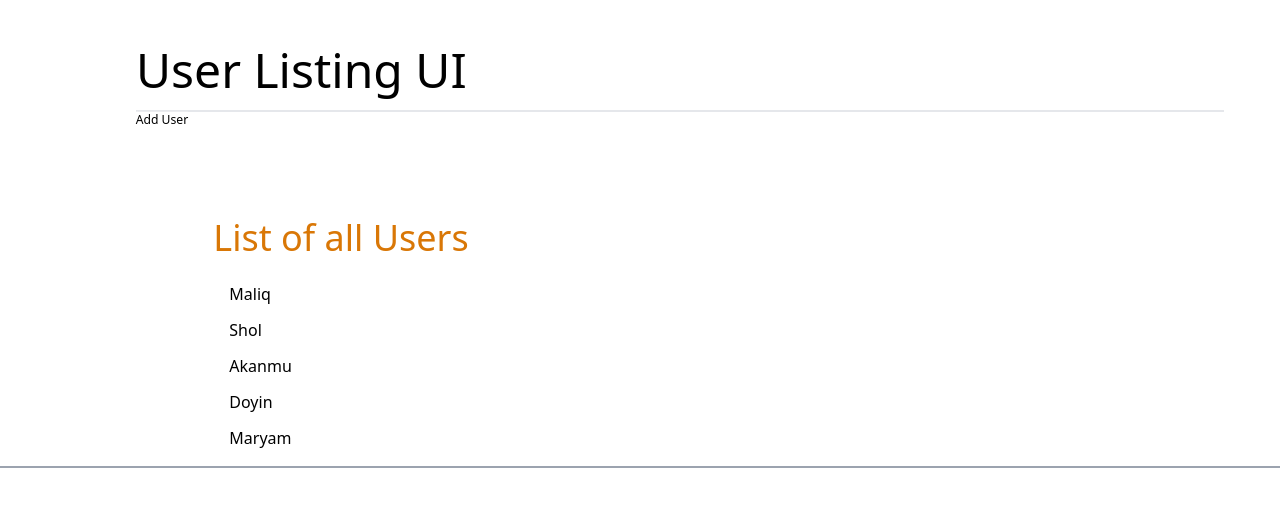
Repository: Marlstergo/listings
Page: /order (app in client/)
An editor plug-in stored every save of this project. The page is shown before and after the next save, followed by the edit.
The browser window is 1280 px wide. The pictures show the whole page.
The project was rebuilt for these pictures with package versions that can differ from the ones it lists, and the page was loaded fresh each time. Also part of the build but not shown: client/craco.config.js, client/src/components/Loader.js, client/src/components/Order.js, client/src/components/Modal.js. Imported but missing from the stored project, and not drawn on this page: client/src/components/Base, client/src/components/Toppings.

Above is the page before, as saved 2021-07-20 23:45:53.

### client/src/index.js
/* eslint-disable no-unused-vars */
import React from "react";
import ReactDOM from "react-dom";
import "./index.css";
import App from "./App";
import reportWebVitals from "./reportWebVitals";
import { BrowserRouter } from "react-router-dom";
import { Provider } from "react-redux";
import { store } from "./redux/store";
import { PersistGate } from "redux-persist/integration/react";
import { persistor } from "./redux/store";

ReactDOM.render(
  <React.StrictMode>
    <Provider store={store}>
      <BrowserRouter>
        <PersistGate persistor={persistor}>
          <App />
        </PersistGate>
      </BrowserRouter>
    </Provider>
  </React.StrictMode>,
  document.getElementById("root")
);

// If you want to start measuring performance in your app, pass a function
// to log results (for example: reportWebVitals(console.log))
// or send to an analytics endpoint. Learn more: https://bit.ly/CRA-vitals
reportWebVitals();

### client/src/App.js
import React, { useState } from 'react';
import { Route, Switch, useLocation } from "react-router-dom";
import Header from './components/Header';
import Home from './components/Home';
import Base from './components/Base';
import Toppings from './components/Toppings';
import Order from './components/Order';
import Modal from './components/Modal';
import { AnimatePresence } from 'framer-motion';

function App() {
  const location = useLocation();
  const showModal = true;

  return (
    <>
      <Header />
      {/* <Modal showModal={showModal} /> */}
      <AnimatePresence exitBeforeEnter>
        <Switch location={location} key={location.key}>
          <Route path="/">
            <Home />
          </Route>
          <Route path="/createUpdateUser">
            <Toppings />
          </Route>
          <Route path="/order">
            <Order />
          </Route>
          <Route path="/">
            <Home />
          </Route>
        </Switch>
      </AnimatePresence>

    </>
  );
}

export default App;

### client/src/redux/store.js
import { createStore, applyMiddleware } from "redux";
import { logger } from 'redux-logger';
import {persistStore} from 'redux-persist';
// import thunk from 'redux-thunk'
import createSagaMiddleware from 'redux-saga'

import rootSaga from './root-sagas'

import rootReducer from './root-reducer';

const sagaMiddleware = createSagaMiddleware()

const middleware = [sagaMiddleware];

if( process.env.NODE_ENV === 'development'){
    middleware.push(logger)
}

export const store = createStore(rootReducer, applyMiddleware(...middleware))

sagaMiddleware.run(rootSaga)

export const persistor = persistStore(store)

export default (store, persistor);

### client/src/components/Header.js
import React from "react";
import { motion } from "framer-motion";

const svgVariants = {
  hidden: { rotate: -180 },
  visible: {
    rotate: 0,
    transition: { duration: 1 },
  },
};

const pathVariants = {
  hidden: {
    opacity: 0,
    pathLength: 0,
  },
  visible: {
    opacity: 1,
    pathLength: 1,
    transition: {
      duration: 2,
      ease: "easeInOut",
    },
  },
};

const buttonVariants = {
  show: {
    scale: 1.1,
    textShadow: "0px 0px 8px rgb(255,255,255)",
    boxShadow: "0px 0px 8px rgb(255,255,255)",
    transition: {
      duration: 0.3,
      yoyo: Infinity,
    },
  },
};

const Header = () => {
  return (
    <header className="flex p-14  items-center">
      <motion.div
        className="logo"
        drag
        dragConstraints={{ left: 0, top: 0, right: 0, bottom: 0 }}
        dragElastic={0.7}
      >
        <motion.svg
          className="w-14 overflow-visible"
          xmlns="http://www.w3.org/2000/svg"
          viewBox="0 0 100 100"
          variants={svgVariants}
          initial="hidden"
          animate="visible"
        >
          <motion.path
            fill="none"
            d="M40 40 L80 40 C80 40 80 80 40 80 C40 80 0 80 0 40 C0 40 0 0 40 0Z"
            variants={pathVariants}
          />
          <motion.path
            fill="none"
            d="M50 30 L50 -10 C50 -10 90 -10 90 30 Z"
            variants={pathVariants}
          />
        </motion.svg>
      </motion.div>
      <motion.div
        className=" flex-grow ml-6 text-xs"
        initial={{ y: -250 }}
        animate={{ y: -10 }}
        transition={{ delay: 0.2, type: "spring", stiffness: 120 }}
      >
        <h1 className="border-b-2 pb-4 text-5xl">User Listing UI</h1>
        <motion.button variants={buttonVariants} whileHover="hover"
        animate="show"
        >
          Add User
        </motion.button>
      </motion.div>
    </header>
  );
};

export default Header;

### client/src/components/Home.js
import React from "react";
import { Link } from "react-router-dom";
import { motion } from "framer-motion";
import Loader from "./Loader";



const containerVariants = {
  hidden: {
    opacity: 0,
  },
  visible: {
    opacity: 1,
    transition: { delay: 1.5, duration: 1.5 },
  },
  exit: {
    x: "-100vh",
    transition: { ease: "easeInOut" },
  },
};
const users = ["maliq", "shol", "akanmu", "doyin", "maryam"];
const Home = () => {
  return (
    <motion.div
      className="  pb-4 mb-4 border-b-2 border-gray-400 flex flex-col items-center"
      variants={containerVariants}
      initial="hidden"
      animate="visible"
      exit="exit"
    >
      <div className="w-2/3 ">
        <h1 className="text-yellow-600 py-6 text-4xl">List of all Users</h1>
        <ul className="pl-4 space-y-3 capitalize ">
          {users.map(
            (user , idx) => (
              <li key={idx}>{user}</li>
            )
          )}

        </ul>
        {/* <table className="min-w-full divide-y divide-gray-200">
          <thead>
            <tr>
              <th className="px-6 py-3 bg-gray-50 text-left text-xs font-medium text-gray-500 uppercase tracking-wider">
                Transaction
              </th>
              <th className="px-6 py-3 bg-gray-50 text-right text-xs font-medium text-gray-500 uppercase tracking-wider">
                Amount
              </th>
              <th className="hidden px-6 py-3 bg-gray-50 text-left text-xs font-medium text-gray-500 uppercase tracking-wider md:block">
                Status
              </th>
              <th className="px-6 py-3 bg-gray-50 text-right text-xs font-medium text-gray-500 uppercase tracking-wider">
                Date
              </th>
            </tr>
          </thead>
        </table> */}
      </div>
    </motion.div>
  );
};

export default Home;

### client/src/redux/root-sagas.js
import {all, call} from 'redux-saga/effects'
import {userSagas} from './user/user.sagas'


export default function* rootSaga(){
    yield all([
        call(userSagas),
    ])
}

### client/src/redux/root-reducer.js
import {combineReducers} from 'redux'
import userReducer from './user/user.reducer'
// import cartReducer from './cart/cart.reducer'
import {persistReducer} from 'redux-persist'
import storage from 'redux-persist/lib/storage'
// import directoryReducer from './directory/directory.reducer'
// import shopReducer from './shop/shop.reducer'

const persistConfig ={
    key: 'root',
    storage,
    whitelist: ['' ]
}
const rootReducer = combineReducers({
    user: userReducer,

})
export default persistReducer(persistConfig, rootReducer)

### client/src/redux/user/user.sagas.js
import { all, call, put, takeLatest } from "redux-saga/effects";

import UserActionTypes from "./user.types";
import { loadUserDetail } from "./user.action";
// import axios from "axios";
// import { getUserDetailsURL } from "../../components/stringConstants";

export function* getDetails() {
  yield console.log("i fired");

  // try {
  //   console.log("inside try");

  //   const res = yield axios.get(getUserDetailsURL);
  //   const data = yield res.data;
  //   console.log(res);
  //   yield put(loadUserDetail(data ? data.data[0] : {}));
  // } catch (err) {
  //   console.log(err.response);
  //   if (err.response && err.response.statusText === "Not Found") {
  //     // console.log("");
  //     window.location.href = "/profile/settings?newUser=0837";
  //   }
  // }
}

export function* getUserDetails() {
  yield takeLatest(UserActionTypes.GET_USER_DETAIL, getDetails);
}
// export function* loadUserDetails(){
//     yield takeLatest(UserActionTypes.LOAD_USER_DETAIL, loadDetails)
// }

export function* userSagas() {
  yield all([call(getUserDetails)]);
}

### client/src/redux/user/user.reducer.js
import UserActionTypes from "./user.types";
const INITIAL_STATE = {
  // currentUser: null,
  userDetail: {},
  demo: 'i am demo',
  location: null

};
const userReducer = (state = INITIAL_STATE, action) => {
  switch (action.type) {

    case UserActionTypes.LOAD_USER_DETAIL:
      return {
        ...state,
        userDetail: action.payload,
      };

    case UserActionTypes.COLLECT_GEOLOCATION:
      return {
        ...state,
        location: action.payload
      }
    default:
      return state;
  }
};

export default userReducer;

### client/src/redux/user/user.types.js
const UserActionTypes ={
    GOOGLE_SIGN_IN_START : 'GOOGLE_SIGN_IN_START',
    SIGN_IN_SUCCESS : 'SIGN_IN_SUCCESS',
    SIGN_IN_FAILURE : 'SIGN_IN_FAILURE',
    GET_USER_DETAIL: 'GET_USER_DETAIL',
    LOAD_USER_DETAIL: 'LOAD_USER_DETAIL',
    COLLECT_GEOLOCATION: 'COLLECT_GEOLOCATION',
    FETCH_GEOLOCATION: 'FETCH_GEOLOCATION'
}
export default UserActionTypes;

### client/src/redux/user/user.action.js
import UserActionTypes from './user.types'



// export const googleSignInStart = () => ({
//     type: UserActionTypes.GOOGLE_SIGN_IN_START
// })

// export const signInSuccess = (user) => ({
//     type: UserActionTypes.SIGN_IN_SUCCESS,
//     payload: user
// })

export const getUserDetail = () => ({
    type: UserActionTypes.GET_USER_DETAIL,

})
export const loadUserDetail = (details) => ({
    type: UserActionTypes.LOAD_USER_DETAIL,
    payload: details
})

export const fetchGeoloction = () => ({
    type: UserActionTypes.FETCH_GEOLOCATION
})
export const collectGeolocation = (location) => ({
    type: UserActionTypes.COLLECT_GEOLOCATION,
    payload: location
})
// })

### client/tailwind.config.js
  // tailwind.config.js
  module.exports = {
    // mode:'jit',
    purge: ['./src/**/*.{js,jsx,ts,tsx}', './public/index.html'],
     darkMode: false, // or 'media' or 'class'
     theme: {
       extend: {},
     },
     variants: {
       extend: {},
     },
     plugins: [],
   }

Loaded but not shown: client/public/index.html (common file); client/src/index.css (common file); client/src/reportWebVitals.js (common file)

After the next save:
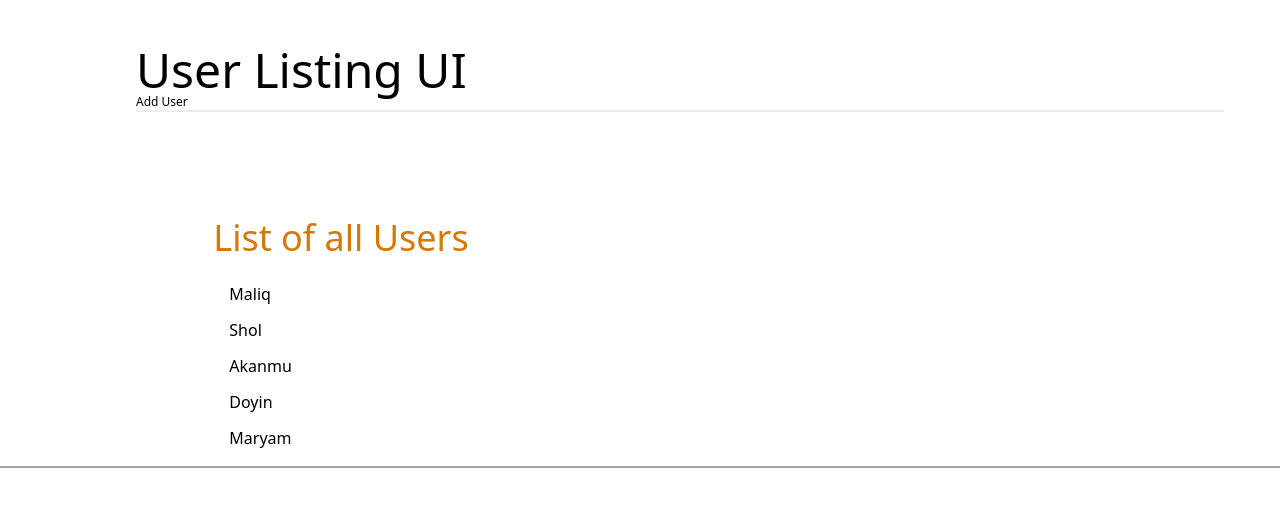
Saved 3 min 52 s later.
--- a/client/src/components/Header.js
+++ b/client/src/components/Header.js
@@ -26,12 +26,14 @@ const pathVariants = {
 
 const buttonVariants = {
   show: {
-    scale: 1.1,
+    y: [0, -40],
+    x: 0,
     textShadow: "0px 0px 8px rgb(255,255,255)",
     boxShadow: "0px 0px 8px rgb(255,255,255)",
     transition: {
       duration: 0.3,
       yoyo: Infinity,
+      ease: 'easeOut'
     },
   },
 };
